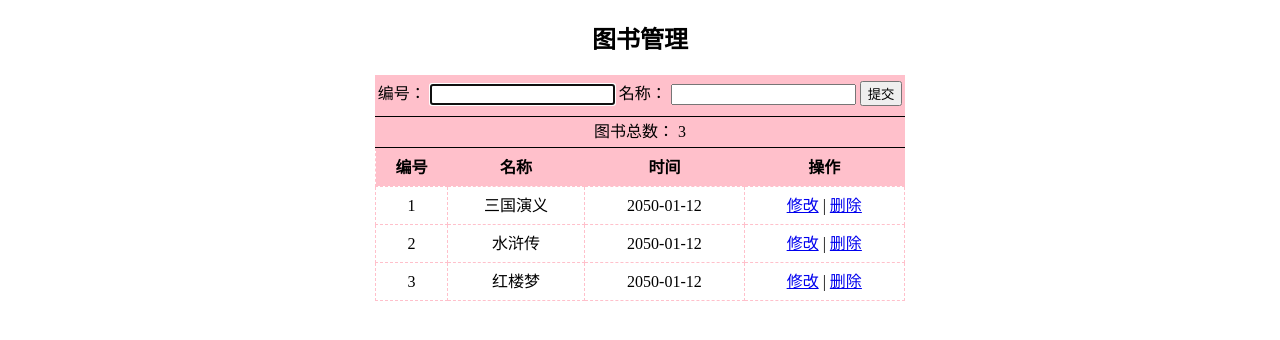
Repository: wjiawei97/FrontEndExercises
Page: 8. book_manegement/public/books.html
The author's editor kept a copy of each file at every save. The page is drawn from the files as they stood at one save, then again after the next save.
The browser window is 1280 px wide. The pictures show the whole page.

Above is the page before, as saved 2021-08-24 05:49:18.

After the next save:
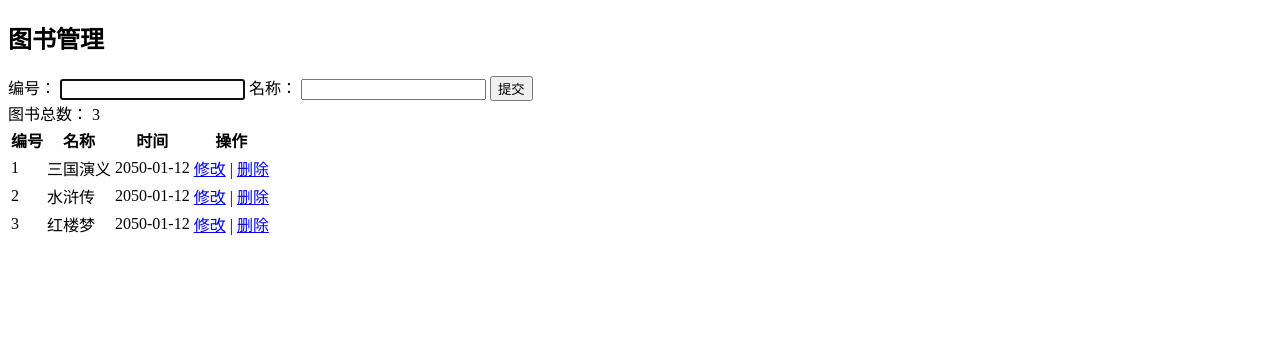
Saved 54 s later.
--- a/8. book_manegement/public/books.html
+++ b/8. book_manegement/public/books.html
@@ -7,39 +7,7 @@
     <meta name="viewport" content="width=device-width, initial-scale=1.0">
     <title>Document</title>
     <style>
-        .grid {
-            margin: 0 auto;
-            width: 530px;
-            text-align: center;
-        }
-
-        .grid table {
-            width: 100%;
-            border-collapse: collapse;
-        }
-
-        .grid th {
-            background-color: pink;
-        }
-
-        .grid th,
-        td {
-            border: 1px dashed pink;
-            height: 35px;
-            line-height: 35px;
-        }
-
-        .grid .book {
-            background-color: pink;
-            padding: 5px 0 10px;
-        }
-        .grid .total{
-            height: 30px;
-            line-height: 30px;
-            background-color: pink;
-            border-top: 1px solid #000;
-            border-bottom: 1px solid #000;
-        }
+
     </style>
 </head>
 
